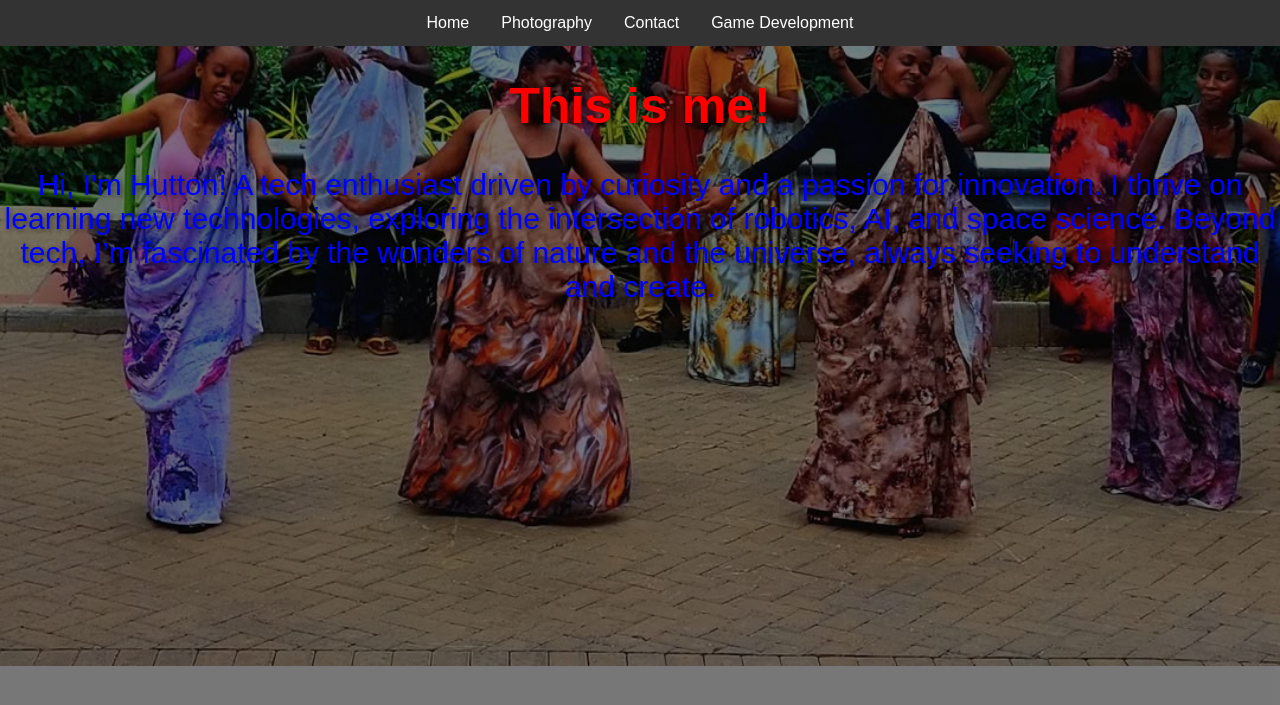
Repository: Argivist/ArgPortfolio
Page: index.html
An editor plug-in stored every save of this project. The page is shown before and after the next save, followed by the edit.
The browser window is 1280 px wide. The pictures show the whole page.

Above is the page before, as saved 2025-03-28 15:52:17.

### index.html
<!DOCTYPE html>
<html lang="en">

<head>
    <meta charset="UTF-8">
    <meta name="viewport" content="width=device-width, initial-scale=1.0">
    <link rel="stylesheet" href="css/styles.css">
    <link rel="stylesheet" href="css/nav.css">
    <link rel="stylesheet" href="css/home.css">

    <title>Hutton Amison-Addy</title>

    <style>
        body{
            background-color: #f0f0f0;
            font-family: 'Arial', sans-serif;
        }
    </style>
</head>

<body>
    <nav>
        <ul>
            <li class="nav-content"><a href="index.html">Home</a></li>
            <li class="nav-content"><a href="https://www.instagram.com/theworldinoneseye/">Photography</a></li>

            <li class="dropdown nav-content">
                <a href="contact.html">Contact</a>
                <ul class="dropdown-content">
                    <li><a href="https://www.linkedin.com/in/hutton-amison-addy-7b1b3b1b1/">LinkedIn</a></li>
                    <li><a href="https://www.github.com/Argivist">GitHub</a></li>
                    <li><a href="mailto:hutton.amison@ashesi.edu.gh">hutton.amison@ashesi.edu.gh</a></li>
                    <li><a href="mailto:huttonaaddy.public@gmail.com">huttonaaddy.public@gmail.com</a></li>
                </ul>
            </li>

            <li class="dropdown nav-content">
                <a href="#">Game Development</a>
                <ul class="dropdown-content">
                    <li><a href="game/index.html">Game Development Projects</a></li>
                    <li><a href="blender/index.html">Blender</a></li>
                </ul>
            </li>
        </ul>
    </nav>
    <div class="padding">
    </div>
        <div class="overlay">
            <h1>This is me!</h1>
            <p class="desc">
                Hi, I'm Hutton! A tech enthusiast driven by curiosity and a passion for innovation. I thrive on learning new technologies, exploring the intersection of robotics, AI, and space science. Beyond tech, I’m fascinated by the wonders of nature and the universe, always seeking to understand and create.
            </p>
        </div>



</body>

</html>

### css/nav.css
/* NAV Content and Dropdown */
.nav-content {
    position: relative;
    display: inline-block;
}

.dropdown {
    position: relative; /* For proper absolute positioning of its child */
    display: inline-block;
}

.dropdown:hover .dropdown-content {
    display: block;
}

.dropdown-content {
    display: none;
    position: absolute; /* This makes it overlay other elements without affecting layout */
    background-color: #f9f9f9;
    min-width: 160px;
    box-shadow: 0px 8px 16px 0px rgba(0,0,0,0.2);
    z-index: 1;
}

/* Nav Stylisation */
nav {
    background-color: #333;
    position: fixed;
    top: 0;
    left: 0;
    width: 100vw;
    z-index: 100;
    display: flex;
    justify-content: center;  /* Centers the nav content horizontally */
    align-items: center;      /* Vertically centers items */
    margin: 0;
}

/* Reserve space for the fixed navbar */
.padding {
    height: 35px;  /* Adjust this value to match your navbar's height */
    top: 0;
    left: 0;
    width: 100%;
    bottom: 0;
}

/* Nav List Styles */
nav ul {
    list-style-type: none;
    margin: 0;
    padding: 0;
    display: flex;
}

nav ul li {
    display: inline-block;
    margin: 0;
    text-align: center;
}

/* Nav Links */
nav ul li a {
    display: block;
    color: white;
    text-align: center;
    padding: 14px 16px;
    text-decoration: none;
}

nav ul li a:hover {
    background-color: #111;
}

/* Optional: Ensure dropdown list items take full width */
.dropdown ul li {
    width: 100%;
}

### css/home.css
h1 {
    color: red;
    font-size: 50px;
    text-align: center;
    text-shadow: 2px 2px 5px rgba(0, 0, 0, 0.5);
}

p {
    color: blue;
    font-size: 30px;
    text-align: center;
    text-shadow: 2px 2px 5px rgba(0, 0, 0, 0.5);
}


body {
    background-image:url('../img/home.jpeg');
    background-size: cover;        /* Ensures the image covers the whole screen */
    background-repeat: no-repeat;  /* Prevents tiling */
    background-position: center;   /* Centers the image */
}
.overlay {
    position: fixed;
    /* top: 0; */
    left: 0;
    width: 100%;
    height: 100%;
    background-color: rgba(0, 0, 0, 0.5); /* Adjust opacity as needed */
    z-index: -1; /* Keeps it behind your content */
}

Loaded but not shown: css/styles.css (no stored copy; drawn as an empty file)

After the next save:
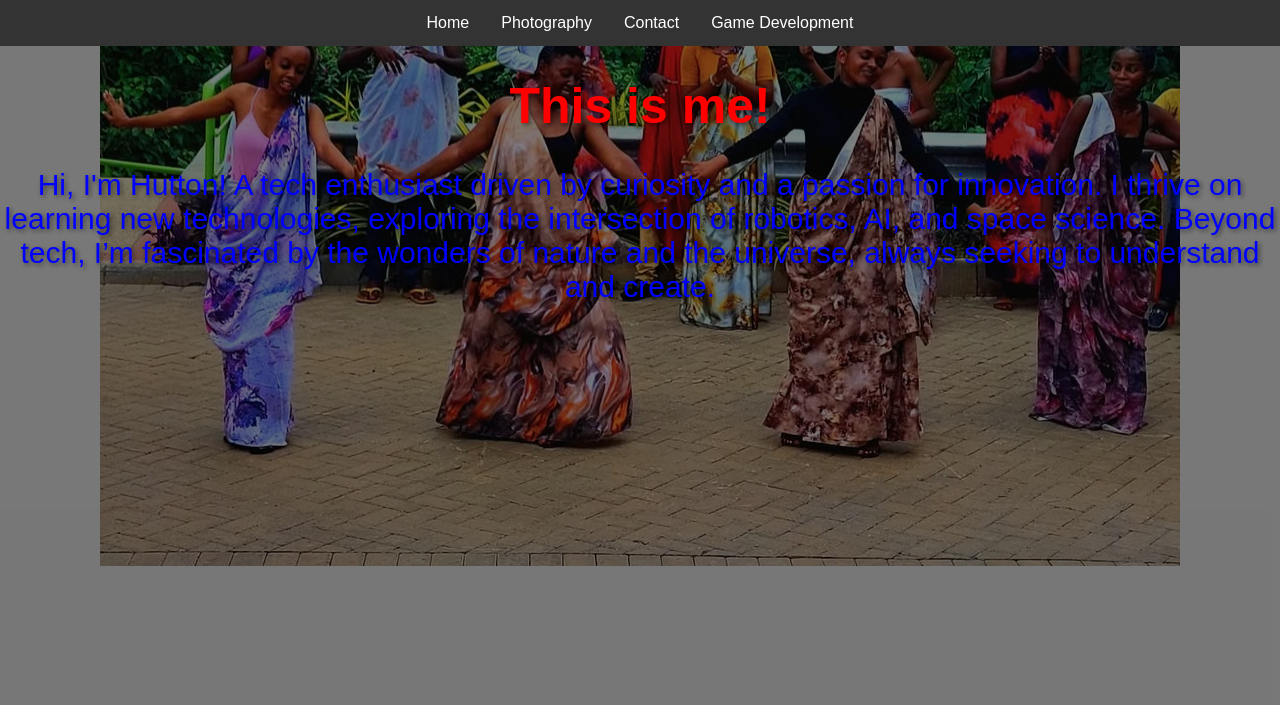
Saved 26 s later.
--- a/css/home.css
+++ b/css/home.css
@@ -15,7 +15,7 @@ p {
 
 body {
     background-image:url('../img/home.jpeg');
-    background-size: cover;        /* Ensures the image covers the whole screen */
+    background-size:fill;        /* Ensures the image covers the whole screen */
     background-repeat: no-repeat;  /* Prevents tiling */
     background-position: center;   /* Centers the image */
 }
